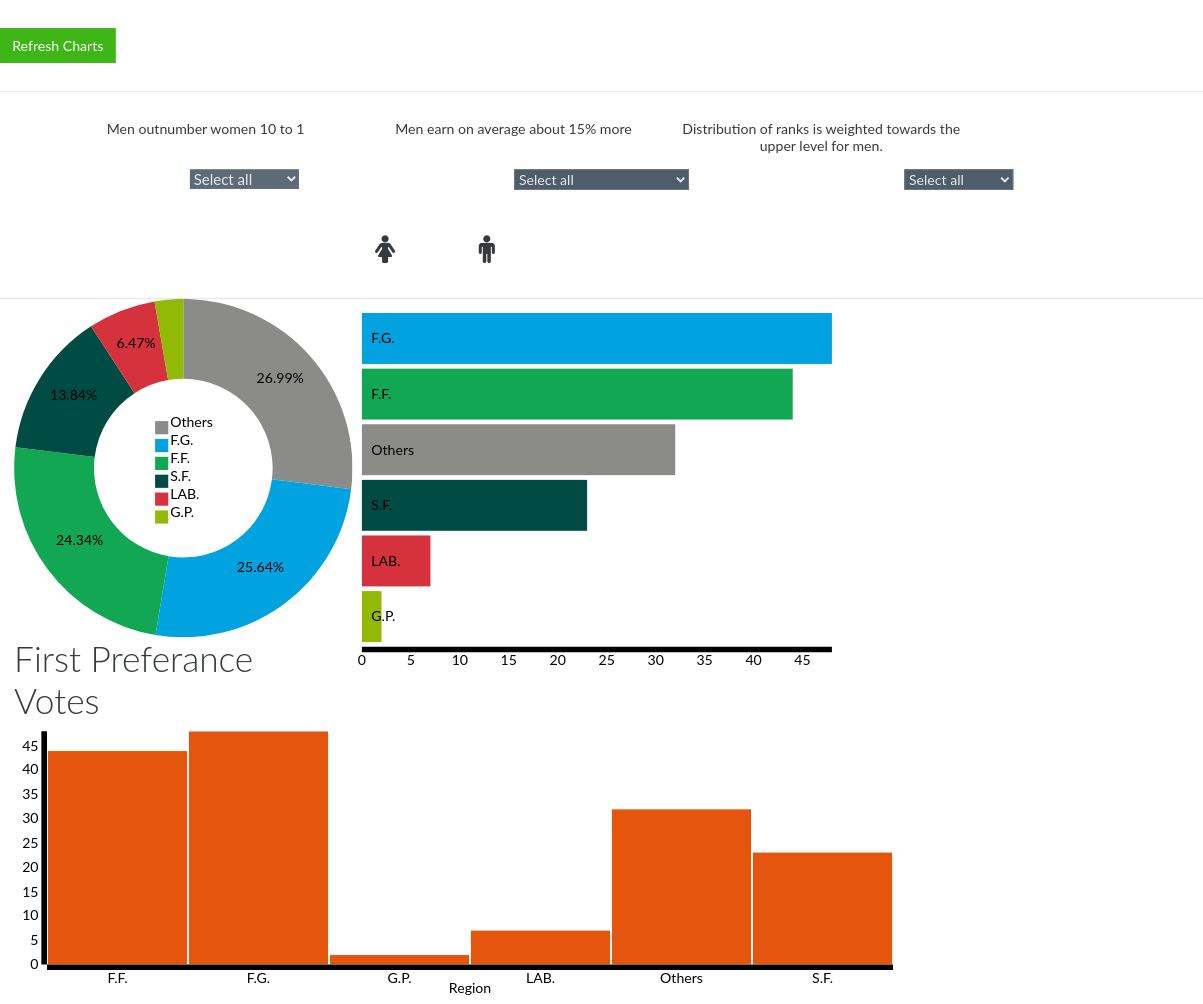
Repository: pauldardis/project-2-test
Page: index.html
The author's editor kept a record of every edit. The page is drawn from the files as they stood at one moment, then again after the next edit.
The browser window is 1280 px wide. The pictures show the whole page, at 94% of full size.

Above is the page before.

### index.html
<!DOCTYPE html>
<html lang="en">

<head>
    <meta charset="UTF-8">
    <meta name="viewport" content="width=device-width, initial-scale=1.0">
    <meta http-equiv="X-UA-Compatible" content="ie=edge">
    <title>Dashboard</title>

    <link rel="stylesheet" href="assets/css/bootstrap.min.css" type="text/css" />
    <!--<link rel="stylesheet" href="assets/css/dc.min.css" type="text/css" />-->
    <link rel="stylesheet" type="text/css" href="https://maxcdn.bootstrapcdn.com/font-awesome/4.7.0/css/font-awesome.min.css">
    <link rel="stylesheet" href="assets/css/style.css" type="text/css" />


    <script type="text/javascript" src="assets/js/d3.min.js"></script>
    <script type="text/javascript" src="assets/js/crossfilter.min.js"></script>
    <script type="text/javascript" src="assets/js/dc.min.js"></script>
    <script type="text/javascript" src="assets/js/queue.min.js"></script>
    <script type="text/javascript" src="assets/js/graps.js"></script>

</head>

<body>

    <section class="section">
        <div id="refresh-button">
            <button type="submit" class="btn btn-success" onClick="refreshPage()">Refresh Charts</button>
        </div>
    </section>




    <section class="section">
        <div class="container">
            <div class="row">
                <div class="row">
                    <div class="col-xs-12 col-sm-4 text-center">
                        <p class="section-paragraph">Men outnumber women 10 to 1</p>
                    </div>
                    <div class="col-xs-12 col-sm-4 text-center">
                        <p class="section-paragraph">Men earn on average about 15% more</p>
                    </div>
                    <div class="col-xs-12 col-sm-4 text-center">
                        <p class="section-paragraph">Distribution of ranks is weighted towards the upper level for men.</p>
                    </div>
                </div>
                <div class="container">
                    <div class="row">
                        <div class="col-xs-12 col-sm-4 col-md-4 col-lg-4 text-center custom-chart" id="region-selector"></div>
                        <div class="col-xs-12 col-sm-4 col-md-4 col-lg-4 text-center custom-chart" id="constituency-selector"></div>
                        <div class="col-xs-12 col-sm-4 col-md-4 col-lg-4 text-center custom-chart" id="elected-selector"></div>
                    </div>
                </div>
            </div>
        </div>
        <div class="row col-12"></div>
        <div class="col-xs-12 col-sm-12 col-lg-12 gender-box">
            <i class="fa fa-female fa-gender" aria-hidden="true"></i> <span class="number-box" id="percent-of-women-professors"></span>
            <i class="fa fa-male fa-gender" aria-hidden="true"></i> <span class="number-box" id="percent-of-men-professors"></span>
        </div>
    </section>

    <section>
        <div class="container-fluid">
            <div class="row">
                <div class="col-xs-12 col-sm-6 col-md-3 col-lg-3">
                    <div>
                        <div>
                            <div class=" " id="party_first_preference_graphs"></div>
                            <h1>First Preferance Votes</h1>
                        </div>
                    </div>
                </div>
                <div class="col-xs-12 col-sm-6 col-md-3 col-lg-3">
                    <div>
                        <div>
                            <div class="" id="candidate-graph"></div>
                        </div>
                    </div>
                </div>
                <div class="col-xs-12 col-sm-6 col-md-3 col-lg-3">
                    <div>
                        <div>
                            <div class="" id="xx">
                            </div>
                        </div>
                    </div>
                </div>
                <div class="col-xs-12 col-sm-6 col-md-3 col-lg-3">
                    <div>
                        <div>
                            <!--<div class="" id="candidate-graph">-->
                            </div>
                        </div>
                    </div>
                </div>
            </div>
    </section>



<div class="" id="candidate-graph"></div>
<div class="" id="candidate-graph-v2"></div>







    <!--<div class="col-xs-12 col-sm-6 col-md-3 col-lg-3 " id="party_first_preference_graphs"></div>-->
    <!--<div class="col-xs-12 col-sm-6 col-md-3 col-lg-3 text-center" id="party_total_votes_graphs"></div>-->
    <!--<div class="col-xs-12 col-sm-6 col-md-3 col-lg-3 text-center" id="candidate-first-preferance-graph"></div>-->
    <!--<div class="col-xs-12 col-sm-6 col-md-3 col-lg-3 text-center" id="candidate-total-votes-graph"></div>-->


    <section>
        <div class="container">
            <div class="row">
                <!--<div class="col-xs-12 col-sm-4 text-center" id="candidate-first-preferance-graph"></div>-->
                <!--<div class="col-xs-12 col-sm-4 text-center" id="candidate-total-votes-graph"></div>-->
            </div>
        </div>
    </section>








</body>

</html>

### assets/css/style.css
.gender-box {
	display: block;
	margin-left: auto;
	margin-right: auto;
	width: 40%;
}


.graph-box {
	display: block;
	margin-left: auto;
	margin-right: auto;
}


/*This removes the gridlines on the row chart but causes issue with x axesis */
/*.tick  { */
/*    display: none;*/
/*     }*/








/*.row {*/
/*	margin: 0px;*/
/*	padding: 0px;*/
/*}*/

/*.container {*/
/*	margin: 0px;*/
/*	padding: 0px;*/
/*}*/








.navbar-default {
	background-image: none;
	margin-bottom: 0;
}

.section-heading,
#discipline-selector {
	display: inline-block;
	float: none;
	margin: 0;
}

.section-heading {
	margin-bottom: 50px;
}

#discipline-selector {
	margin-left: 15px;
}

.number-box {
	margin-right: 75px;
}

.number-box,
.fa.fa-gender {
	font-size: 30px;
	font-weight: 500;
}

.fa-gender {
	margin-right: 10px;
}

.custom-chart {
	margin-bottom: 40px;
}

.section {
	border-bottom: 1px solid #e6e6e6;
	padding: 30px 0;
}

.section-paragraph {
	line-height: 1.2;
}

@import url("https://fonts.googleapis.com/css?family=Lato:300,400&display=swap");

/* BODY & HTML */
body {
    font-family: "Lato", sans-serif;
    font-weight: 400;
}

body,
html {
    width: 100%;
    height: 100%;
    padding: 0;
    margin: 0;
}

/* HEADINGS */
/* Styling of the dashboard title */

h1 {
    margin: 0;
}

/* Styling of heading 2 */

h2 {
    font-size: 1rem;
    font-weight: 300;
    margin-bottom: 0;
    margin-top: 15px;
}

/* SPINNER */
/* Spinner on data loading
spinner animation found on CodePen: https://codepen.io/judecodes/pen/PrBOvG?&page=1 */

.loader {
    z-index: 99;
    width: 200px;
    height: 200px;
    border-radius: 50%;
    border-top: 2px solid #2477b4;
    border-bottom: 2px solid transparent;
    border-left: 2px solid transparent;
    border-right: 2px solid transparent;
    animation: spin 3s linear infinite forwards;

    position: absolute;
    top: 0;
    bottom: 0;
    left: 0;
    right: 0;
    margin: auto;
}

.loader::before,
.loader::after {
    content: "";
    position: absolute;
    border-radius: 50%;
    border-top: 2px solid #2477b4;
    border-bottom: 2px solid transparent;
    border-left: 2px solid transparent;
    border-right: 2px solid transparent;
}

.loader::before {
    top: 7px;
    left: 7px;
    width: 178px;
    height: 178px;
    border-top: 2px solid #e6562e;
    animation: spin 2s linear infinite forwards;
}

.loader::after {
    top: 16px;
    left: 16px;
    width: 160px;
    height: 160px;
    border-top: 2px solid #f2893c;
    animation: spin 1s linear infinite forwards;
}

@keyframes spin {
    to {
        transform: rotate(360deg);
    }
}

/* Overlay styled to dim the background for spinner */

#overlay {
    z-index: 98;
    position: fixed;
    top: 0;
    left: 0;
    height: 100%;
    width: 100%;
    background: rgba(0, 0, 0, .5);
}

/* BACK TO TOP BUTTON */
/* Back to top button inspired by this Codepen solution: https://codepen.io/matthewcain/pen/ZepbeR */

#button {
    display: inline-block;
    background-color: transparent;
    color: #DF691A;
    border: 1px solid #DF691A;
    width: 50px;
    height: 50px;
    text-align: center;
    border-radius: 3px;
    position: fixed;
    bottom: 30px;
    right: 30px;
    transition: background-color .3s,
    opacity .5s, visibility .5s;
    opacity: 0;
    visibility: hidden;
    z-index: 97;
}

#button::after {
    content: "\f077";
    font-family: FontAwesome;
    font-weight: normal;
    font-style: normal;
    font-size: 2em;
    line-height: 50px;
}

#button:active {
    color: #ffffff;
    background-color: #DF691A;
}

#button.show {
    opacity: 1;
    visibility: visible;
}

/* REGIONAL SELECTOR */
/* Region selector menu styling */

#region-selector select {
    background: #5d6b78;
    border: #445360;
    color: #ebebeb;
    font-size: 1rem;
}

/* Select menu styling to match bootstrap theme */

select {
    background: #4e5d6c;
    color: #ebebeb;
}

/* CARDS */
/* Increasing size of font awesome icons */

.fa {
    font-size: 3rem;
}


/* Styles for tiles/cards */

.tile-s1,
.tile-s2,
.tile-s3 {
    max-width: 45rem;
}

.tile-s3 {
    min-height: 20rem;
}

.tile-s3 span {
    font-size: 1.5rem;
}

.tile-s4 {
    max-width: 70rem;
}

/* Card titles and filter label styled to uppercase */

.card-header,
.selector-label {
    text-transform: uppercase;
}

/* Number box font size increased to make it more prominent */

.number-box span {
    font-size: 1.5rem;
}

/* Shadow added to the chart tiles */

.shadow-box {
    box-shadow: 4px 4px 7px 0px rgba(61, 78, 94, 1);
}

/* Charts styling to fix the issue of responsiveness */

#composite-hour,
#composite-month {
    height: 300px;
    width: 750px;
}

/* Increasing the size of a viewbox so charts are bigger */

#accidents-severity,
#rd-type-split {
    height: 400px;
    width: 460px;
}

#severity-distribution {
    height: 400px;
    width: 380px;
}

/* DATA COUNT & RESET
/* Changing default margins to create some space between count feature and other sections */

.dc-data-count {
    margin: 10px 0;
}

/* Reset button  - border-radius added to match back0to0top button and shadow box removed*/

#reset-button {
    border-radius: 3px;
}

#reset-button:focus {
    box-shadow: none;
}

/* FOOTER */
/* adding margin so footer ellements have some space inbetween on smaller devices */

.footer-item {
    margin-bottom: 10px;
}

/* Underlining removed from all links */

a:hover {
    text-decoration: none;
}

/* MEDIA QUERIES */

@media only screen and (min-width: 1200px) {

    .tile-s2 {
        min-height: 30rem;
    }

}

@media only screen and (max-width: 1200px) {

    h1 {
        font-size: 1.9rem;
    }

    #stacked-chart {
        max-width: 70rem;
    }

}

@media only screen and (max-width: 992px) {

    .card-header {
        font-size: 0.7rem;
    }

    .number-box span {
        font-size: 1.2rem;
    }

}

/* media query created to make number display element look better, to add more space between the chart and the number */

@media only screen and (max-width: 767px) {

    .number-box span {
        font-size: 1.5rem;
    }

    .card-header,
    .selector-label {
        font-size: 0.8rem;
    }

    #accidents-severity,
    #rd-type-split {
        height: 360px;
        width: 440px;
    }

    #severity-distribution {
        height: 370px;
        width: 360px;
    }

}

/* Adjustments to font sizes to avoid line break */

@media only screen and (max-width: 576px) {

    h1 {
        font-size: 2rem;
    }

    .card-header,
    .selector-label {
        font-size: 1rem;
    }

    .navbar-brand {
        font-size: 1rem;
    }

    /* height adjusted to reduce space at top and the bottom of the chart (within the card) */
    #composite-hour,
    #composite-month {
        height: 120px;
    }

    #accidents-severity,
    #rd-type-split {
        height: 260px;
    }

}

@media only screen and (max-width: 375px) {

    #severity-distribution {
        height: 250px;
    }

}

/* Solution to sticky hover on mobile devices found here: https://medium.com/@ferie/detect-a-touch-device-with-only-css-9f8e30fa1134 */

@media (hover: hover) {

    #button:hover {
        cursor: pointer;
        background-color: #DF691A;
        color: #ffffff;
    }

}

### assets/js/graps.js
queue()
    .defer(d3.csv, "assets/data/election-2016.csv")
    .await(makeGraphs);



function makeGraphs(error, salesData) {
    var ndx = crossfilter(salesData);



    // these are the working graphs
    region_selector(ndx);
    constituency_selector(ndx);
    elected_selector(ndx);
    show_count_elected_by_gender(ndx, "F", "#count-of-women-elected");
    show_count_elected_by_gender(ndx, "M", "#count-of-men-elected");
    show_count_candidate_gender(ndx, "F", "#count-of-women-elected_1");
    show_count_candidate_gender(ndx, "M", "#count-of-men-elected_1");
    party_first_preference_graphs(ndx);
    candidate_graphs(ndx);






    // these are the graphs in test

    party_total_votes_graphs(ndx);
    candidate_first_preferance_graphs(ndx);
    candidate_total_votes_graphs(ndx);
    candidate_graphs_v2(ndx);


    dc.renderAll();
}


// This is the working section



function refreshPage() {
    window.location.reload();
}

function region_selector(ndx) {
    var dim = ndx.dimension(dc.pluck('Region'));
    group = dim.group();

    dc.selectMenu("#region-selector")
        .dimension(dim)
        .group(group);
}

function constituency_selector(ndx) {
    var dim = ndx.dimension(dc.pluck('Constituency_Name'));
    group = dim.group();

    dc.selectMenu("#constituency-selector")
        .dimension(dim)
        .group(group);
}

function elected_selector(ndx) {
    var dim = ndx.dimension(dc.pluck('Result'));
    group = dim.group();

    dc.selectMenu("#elected-selector")
        .dimension(dim)
        .group(group);
}















function party_first_preference_graphs(ndx) {

    var dim = ndx.dimension(dc.pluck('Party_Abbreviation'));
    var group = dim.group().reduceSum(dc.pluck('Count_1'));

    dc.pieChart('#party_first_preference_graphs')
        .height(360)
        .width(360)
        .innerRadius(95)
        .transitionDuration(1500)
        .colors(d3.scale.ordinal().range(["#8B8C8A", "#00A3DF", "#12A853", "#014B45", "#D6323D", "#91B905"]))
        .dimension(dim)
        .renderLabel(true)
        .legend(dc.legend().x(150).y(130).itemHeight(14).gap(5))
        .title(function(d) {
            return d.key + ": " + ((d.value / d3.sum(group.all(),
                function(d) { return d.value; })) * 100).toFixed(2) + "%";
        })
        .on("pretransition", function(chart) {
            chart.selectAll("text.pie-slice").text(function(d) {
                if (dc.utils.printSingleValue(
                        (d.endAngle - d.startAngle) /
                        (2 * Math.PI) * 100) >= 6) {
                    return dc.utils.printSingleValue(
                        (d.endAngle - d.startAngle) /
                        (2 * Math.PI) * 100) + "%";
                }
            })
        })
        .group(group);
}


function candidate_graphs(ndx) {
    var dim = ndx.dimension(dc.pluck('Party_Abbreviation'));
    var group = dim.group().reduceSum(dc.pluck('Seat'));

    dc.rowChart("#candidate-graph")
        .width(600)
        .height(400)
        .colors(d3.scale.ordinal().range(["#00A3DF", "#12A853", "#8B8C8A", "#014B45", "#D6323D", "#91B905"]))
        .margins({ top: 10, right: 50, bottom: 30, left: 50 })
        .dimension(dim)
        .transitionDuration(1500)
        .elasticX(true)
        .group(group);
}



function show_count_elected_by_gender(ndx, gender, element) {
    var countThatAreElected = ndx.groupAll().reduce(
        function(p, v) {
            if (v.Gender === gender) {
                p.count++;
                if (v.Result === "Elected") {
                    p.are_elected++;
                }
            }
            return p;
        },
        function(p, v) {
            if (v.Gender === gender) {
                p.count--;
                if (v.Result === "Elected") {
                    p.are_elected--;
                }
            }
            return p;
        },
        function() {
            return { count: 0, are_elected: 0 };
        },
    );


    dc.numberDisplay(element)
        // .formatNumber(d3.format("2.s"))
        .valueAccessor(function(d) {
            if (d.count == 0) {
                return 0;
            }
            else {
                return (d.are_elected);
            }
        })
        .transitionDuration(1500)
        .group(countThatAreElected)
}




































//this is the testing section


function show_count_candidate_gender(ndx, gender, element) {
    var countThatArecandidate = ndx.groupAll().reduce(
        function(p, v) {
            if (v.Gender === gender) {
                p.count++;
                if (v.Result === "Excluded") {
                    p.are_excluded++;
                }
            }
            return p;
        },
        function(p, v) {
            if (v.Gender === gender) {
                p.count--;
                if (v.Result === "Excluded") {
                    p.are_excluded--;
                }
            }
            return p;
        },
        function() {
            return { count: 0, are_excluded: 0 };
        },
    );


    dc.numberDisplay(element)
        // .formatNumber(d3.format("2.s"))
        .valueAccessor(function(d) {
            if (d.count == 0) {
                return 0;
            }
            else {
                return (d.are_excluded);
            }
        })
        .transitionDuration(1500)
        .group(countThatArecandidate)
}





function candidate_graphs_v2(ndx) {

    var partyColors = d3.scale.ordinal()
        .domain(["F.G.", "F.F.", "Others", "S.F.", "LAB.", "G.P."])
        .range(["pink", "blue", "red", "yellow", "black", "green"]);

    var dim = ndx.dimension(dc.pluck('Party_Abbreviation'));
    var group = dim.group().reduceSum(dc.pluck('Seat'));


    var party_color = ndx.dimension(function(d) {
        return [d.Party_Abbreviation, d.Seat];
    });

    var partyGroup = party_color.group();

    // console.log(group.all());


    dc.barChart("#candidate-graph-v2")
        .width(1000)
        .height(300)
        .margins({ top: 10, right: 50, bottom: 30, left: 50 })
        .dimension(dim)
        // .colorAccessor(function(d) {
        //     return d.key[0];
        // })
        .colors(d3.scale.ordinal().range(["#e6550e", "#fd8c3d", "#3182bc", "#fd8c3d", "#fd8c3d", "#fd8c3d", "#fd8c3d"]))
        .group(group)
        .x(d3.scale.ordinal())
        .xUnits(dc.units.ordinal)
        .elasticY(true)
        .xAxisLabel("Region")
        .yAxis().ticks(10);


}


function party_total_votes_graphs(ndx) {
    var dim = ndx.dimension(dc.pluck('Party_Abbreviation'));
    var group = dim.group().reduceSum(dc.pluck('Seat'));

    dc.pieChart('#party_total_votes_graphs') /* targeting the div where we want the pie chart*/
        .height(360)
        .width(360)
        .innerRadius(95)
        .transitionDuration(1500)
        // .colors(d3.scale.ordinal().range(["#3182bc", "#fd8c3d", "#e6550e"]))
        .dimension(dim)
        .renderLabel(true)
        .legend(dc.legend().x(150).y(130).itemHeight(14).gap(5))
        // .radius(360)
        .group(group)
        .title();
}















// function party_total_votes_graphs(ndx) {

//     var dim = ndx.dimension(dc.pluck('Party_Abbreviation'));
//     var group = dim.group().reduceSum(dc.pluck('Total_Votes'));

//     dc.pieChart('#party_total_votes_graphs') /* targeting the div where we want the pie chart*/
//         .height(360)
//         .width(360)
//         .innerRadius(95)
//         .transitionDuration(1500)
//         // .colors(d3.scale.ordinal().range(["#3182bc", "#fd8c3d", "#e6550e"]))
//         .dimension(dim)
//         .renderLabel(true)
//         .legend(dc.legend().x(110).y(150).itemHeight(13).gap(5))
//         // .title(function(d) {
//         //     return d.key + ": " + ((d.value / d3.sum(group.all(),
//         //         function(d) { return d.value; })) * 100).toFixed(0) + "%";
//         // })
//         .on("pretransition", function(chart)
//         {
//             chart.selectAll("text.pie-slice").text(function(d) {
//                 if (dc.utils.printSingleValue(
//                         (d.endAngle - d.startAngle) /
//                         (2 * Math.PI) * 100) >= 6) {
//                     return dc.utils.printSingleValue(
//                         (d.endAngle - d.startAngle) /
//                         (2 * Math.PI) * 100) + "%";
//                 }
//             }
//             )
//             chart.select("svg")
//                 .attr("height", "100%")
//                 .attr("width", "100%")
//                 .attr("viewBox", "0 0 360 360");
//             chart.selectAll(".dc-legend-item text")
//                 .attr("fill", "#1D47FF")
//                 .text("")
//                 .append("tspan")
//                 .text(function(d) { return d.name; })
//                 .attr("x", 70)
//                 .attr("text-anchor", "end");
//         })
//         .group(group);
// }










function candidate_first_preferance_graphs(ndx) {
    var dim = ndx.dimension(dc.pluck('Candidate'));
    var group = dim.group().reduceSum(dc.pluck('Count_1'));


    dc.pieChart('#candidate-first-preferance-graph') /* targeting the div where we want the pie chart*/
        .height(360)
        .width(360)
        .radius(360)
        .innerRadius(95)
        .transitionDuration(1500)
        .dimension(dim)
        .group(group);
}

function candidate_total_votes_graphs(ndx) {
    var dim = ndx.dimension(dc.pluck('Candidate'));
    var group = dim.group().reduceSum(dc.pluck('Total_Votes'));


    dc.pieChart('#candidate-total-votes-graph') /* targeting the div where we want the pie chart*/
        .height(250)
        .radius(100)
        .innerRadius(30)
        .transitionDuration(1500)
        .dimension(dim)
        .group(group);
}












// Everything under here is in test















































// function show_revenue_graphs(ndx) {
//     var dim = ndx.dimension(dc.pluck('Candidate'));
//     var group = dim.group().reduceSum(dc.pluck('Total_Votes'));
//     // var group = dim.group();

//     dc.rowChart("#revenue-graph")
//         .width(600)
//         .height(2000)
//         .margins({ top: 10, right: 50, bottom: 30, left: 50 })
//         .dimension(dim)
//         .group(group);
// .transitionDuration(500)
// .x(d3.scale.ordinal())
// .xUnits(dc.units.ordinal)
// .elasticY(true)
// .xAxisLabel("Region")
// .yAxis().ticks(10);


// }


// function candidate_graphs(ndx) {
//     var dim = ndx.dimension(dc.pluck('Candidate'));
//     var group = dim.group().reduceSum(dc.pluck('Constituency_Name'));

//     dc.barChart("#candidate-graph")
//         .width(600)
//         .height(300)
//         .margins({ top: 10, right: 50, bottom: 30, left: 50 })
//         .dimension(dim)
//         .group(group)
//         .transitionDuration(500)
//         .x(d3.scale.ordinal())
//         .xUnits(dc.units.ordinal)
//         .elasticY(true)
//         .xAxisLabel("Region")
//         .yAxis().ticks(10);

// }

Loaded but not shown: assets/css/bootstrap.min.css (library); assets/js/d3.min.js (library); assets/js/crossfilter.min.js (library); assets/js/dc.min.js (library); assets/js/queue.min.js (common file)

After the next edit:
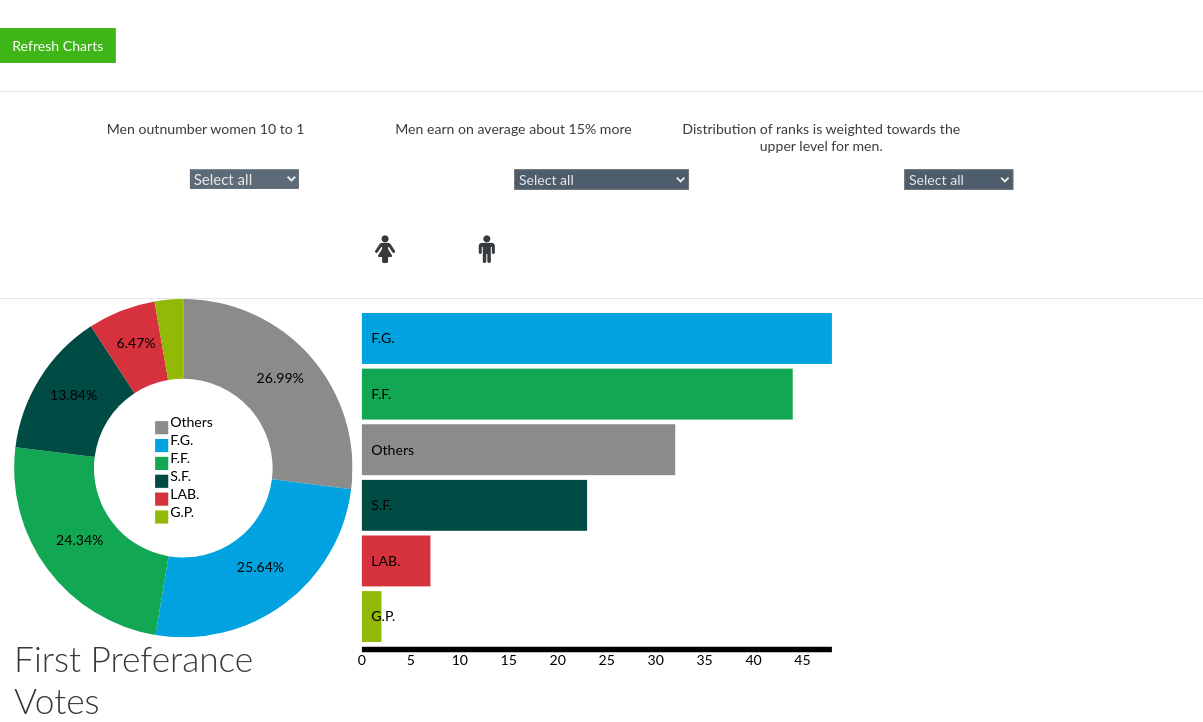
Console error: TypeError: Cannot read properties of null (reading 'textContent')
The edit:
--- a/index.html
+++ b/index.html
@@ -101,8 +101,8 @@
 
 
 
-<div class="" id="candidate-graph"></div>
-<div class="" id="candidate-graph-v2"></div>
+<!--<div class="" id="candidate-graph"></div>-->
+<!--<div class="" id="candidate-graph-v2"></div>-->
 
 
 
